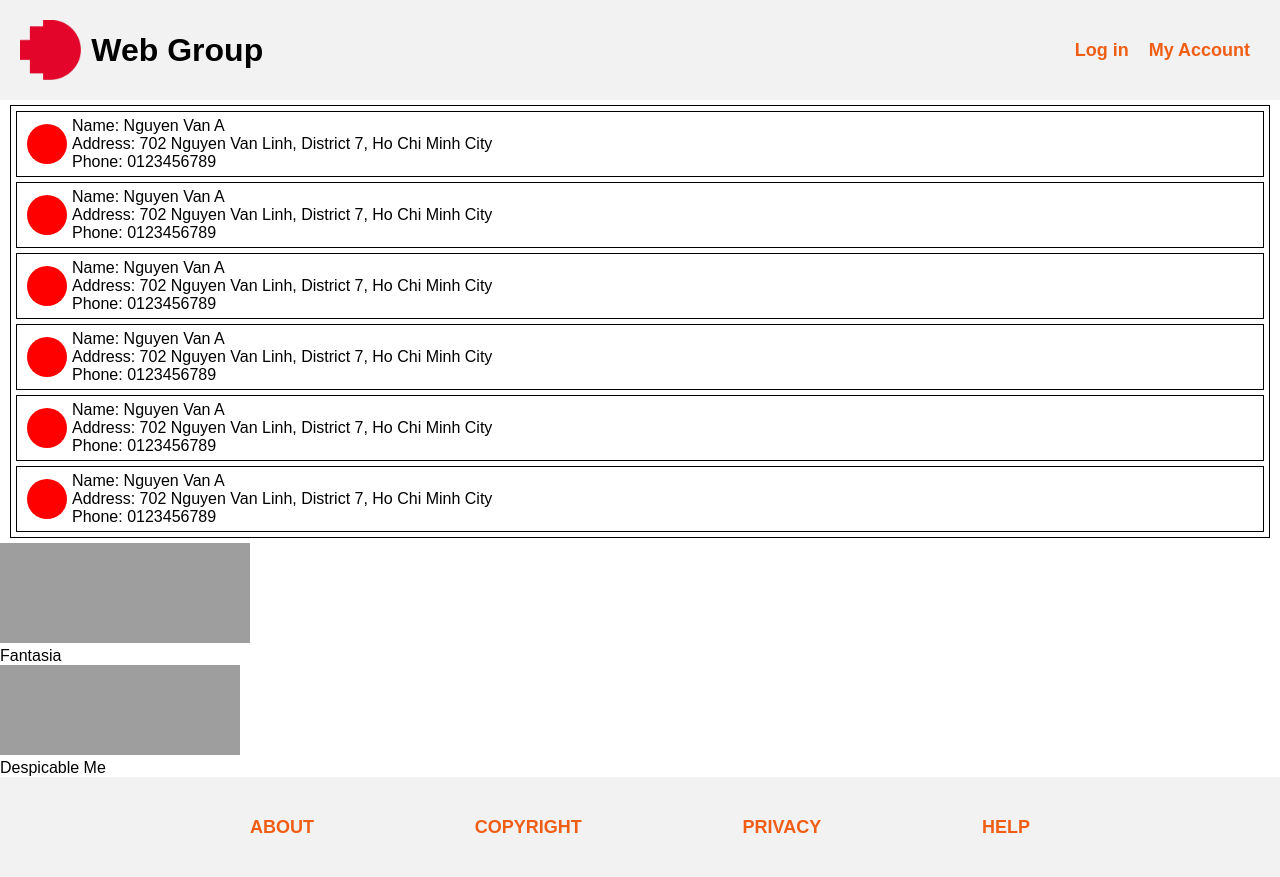
Repository: quynguyn/shoopingweb
Page: shipper.html
An editor plug-in stored every save of this project. The page is shown before and after the next save, followed by the edit.
The browser window is 1280 px wide. The pictures show the whole page.
Pictures or frames that could not be fetched are drawn as grey boxes.

Above is the page before, as saved 2023-05-04 16:47:57.

After the next save:
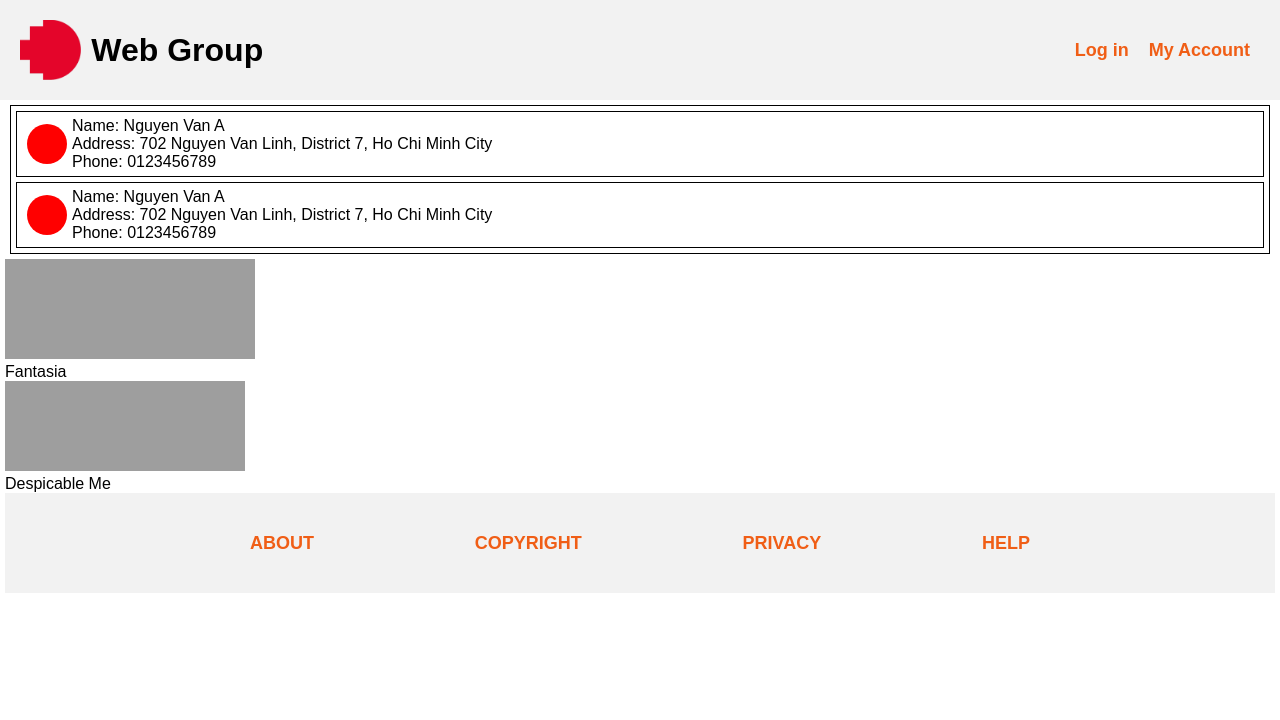
Saved 16 s later.
--- a/shipper.html
+++ b/shipper.html
@@ -76,107 +76,6 @@
 					</div>
 				</div>
 			</div>
-
-			<div class="order">
-				<div class="activity">
-					<svg height="50" width="50">
-						<circle cx="25" cy="25" r="20" fill="red" />
-					</svg>
-				</div>
-
-				<div class="information-container">
-					<div class="information">
-						<pre>Name: </pre>
-						<p class="name">Nguyen Van A</p>
-					</div>
-
-					<div class="information">
-						<pre>Address: </pre>
-						<p class="name">702 Nguyen Van Linh, District 7, Ho Chi Minh City</p>
-					</div>
-
-					<div class="information">
-						<pre>Phone: </pre>
-						<p class="name">0123456789</p>
-					</div>
-				</div>
-			</div>
-
-			<div class="order">
-				<div class="activity">
-					<svg height="50" width="50">
-						<circle cx="25" cy="25" r="20" fill="red" />
-					</svg>
-				</div>
-
-				<div class="information-container">
-					<div class="information">
-						<pre>Name: </pre>
-						<p class="name">Nguyen Van A</p>
-					</div>
-
-					<div class="information">
-						<pre>Address: </pre>
-						<p class="name">702 Nguyen Van Linh, District 7, Ho Chi Minh City</p>
-					</div>
-
-					<div class="information">
-						<pre>Phone: </pre>
-						<p class="name">0123456789</p>
-					</div>
-				</div>
-			</div>
-
-			<div class="order">
-				<div class="activity">
-					<svg height="50" width="50">
-						<circle cx="25" cy="25" r="20" fill="red" />
-					</svg>
-				</div>
-
-				<div class="information-container">
-					<div class="information">
-						<pre>Name: </pre>
-						<p class="name">Nguyen Van A</p>
-					</div>
-
-					<div class="information">
-						<pre>Address: </pre>
-						<p class="name">702 Nguyen Van Linh, District 7, Ho Chi Minh City</p>
-					</div>
-
-					<div class="information">
-						<pre>Phone: </pre>
-						<p class="name">0123456789</p>
-					</div>
-				</div>
-			</div>
-
-			<div class="order">
-				<div class="activity">
-					<svg height="50" width="50">
-						<circle cx="25" cy="25" r="20" fill="red" />
-					</svg>
-				</div>
-
-				<div class="information-container">
-					<div class="information">
-						<pre>Name: </pre>
-						<p class="name">Nguyen Van A</p>
-					</div>
-
-					<div class="information">
-						<pre>Address: </pre>
-						<p class="name">702 Nguyen Van Linh, District 7, Ho Chi Minh City</p>
-					</div>
-
-					<div class="information">
-						<pre>Phone: </pre>
-						<p class="name">0123456789</p>
-					</div>
-				</div>
-			</div>
-		</div>
 	</div>
 
 	<div>
